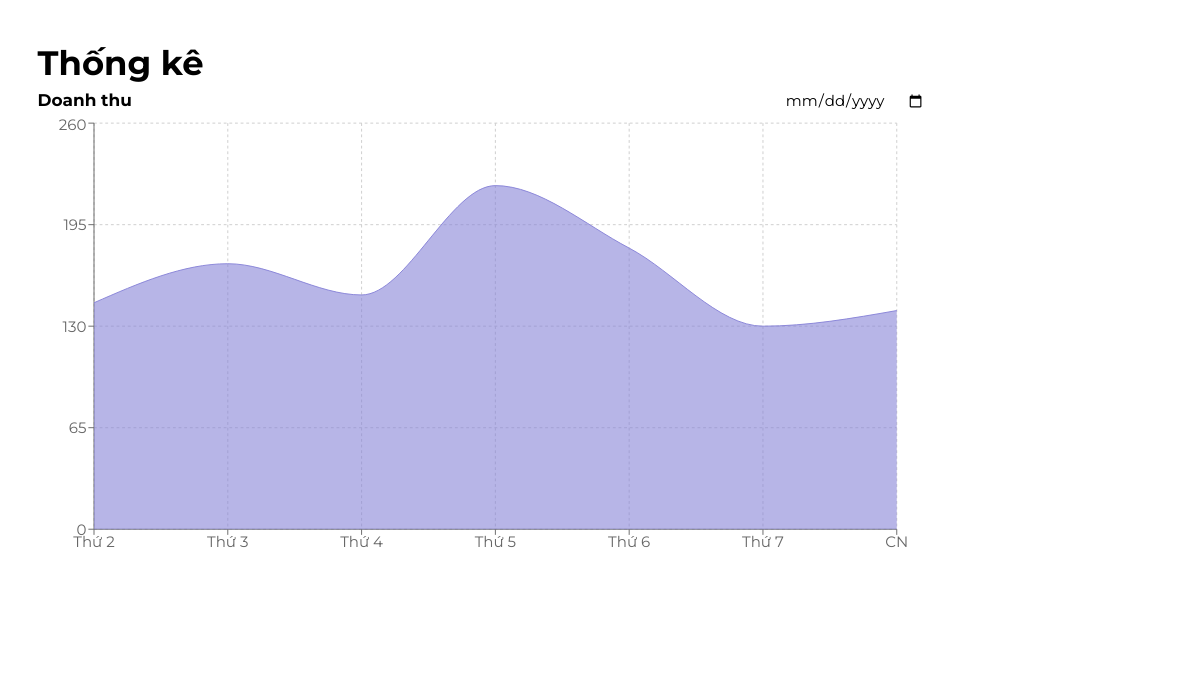
Repository: iphoneboy46/AltaMediaCMS
Page: /
An editor plug-in stored every save of this project. The page is shown before and after the next save, followed by the edit.
The browser window is 1280 px wide. The pictures show the whole page, at 94% of full size.
Some web libraries are served in a nearby version. The project was rebuilt for these pictures with package versions that can differ from the ones it lists, and the page was loaded fresh each time.

Above is the page before, as saved 2023-03-26 22:15:16.

### public/index.html
<!DOCTYPE html>
<html lang="en">
  <head>
    <meta charset="utf-8" />
    <link rel="icon" href="%PUBLIC_URL%/favicon.ico" />
    <meta name="viewport" content="width=device-width, initial-scale=1" />
    <meta name="theme-color" content="#000000" />
    <meta
      name="description"
      content="Web site created using create-react-app"
    />
    <link rel="apple-touch-icon" href="%PUBLIC_URL%/logo192.png" />
    <!--
      manifest.json provides metadata used when your web app is installed on a
      user's mobile device or desktop. See https://developers.google.com/web/fundamentals/web-app-manifest/
    -->
    <link rel="manifest" href="%PUBLIC_URL%/manifest.json" />
    <!--
      Notice the use of %PUBLIC_URL% in the tags above.
      It will be replaced with the URL of the `public` folder during the build.
      Only files inside the `public` folder can be referenced from the HTML.

      Unlike "/favicon.ico" or "favicon.ico", "%PUBLIC_URL%/favicon.ico" will
      work correctly both with client-side routing and a non-root public URL.
      Learn how to configure a non-root public URL by running `npm run build`.
    -->
    <link rel="stylesheet" href="https://cdnjs.cloudflare.com/ajax/libs/font-awesome/6.3.0/css/all.min.css" integrity="sha512-SzlrxWUlpfuzQ+pcUCosxcglQRNAq/DZjVsC0lE40xsADsfeQoEypE+enwcOiGjk/bSuGGKHEyjSoQ1zVisanQ==" crossorigin="anonymous" referrerpolicy="no-referrer" />
    <title>React App</title>
  </head>
  <body>
    <noscript>You need to enable JavaScript to run this app.</noscript>
    <div id="root"></div>
    <!--
      This HTML file is a template.
      If you open it directly in the browser, you will see an empty page.

      You can add webfonts, meta tags, or analytics to this file.
      The build step will place the bundled scripts into the <body> tag.

      To begin the development, run `npm start` or `yarn start`.
      To create a production bundle, use `npm run build` or `yarn build`.
    -->
  </body>
</html>

### src/App.tsx

import './App.css';
import Home from './components/Home/Home';
import MenuBar from './components/Menu/MenuBar';

function App() {
  return (
    <div className="App">
      {/* <MenuBar /> */}
      <Home />
    </div>
  );
}

export default App;

### src/App.css
@import url('https://fonts.googleapis.com/css2?family=Montserrat:wght@300;400;500;700&display=swap');

*{
  margin: 0;
  padding: 0;
  box-sizing: border-box;
  font-family: 'Montserrat', sans-serif;
}

### src/components/Home/Home.tsx
import React from 'react'
import Charts from '../Charts/Charts'

function Home() {
  return (
    <div className="w-[80%] bg-[white] p-10">
        <div className="">
            <h1 className="text-[black] text-[36px] font-[700]">Thống kê</h1>
        </div>
        <div className="flex items-center justify-between">
           <div> <h2 className="text-[black] text-[18px] font-[600]">Doanh thu</h2></div>
           <div>
             <input className="" type="date" value="" />
           </div>
        </div>
        <Charts />
    </div>
  )
}

export default Home

### src/components/Charts/Charts.tsx
import React from "react";
import {
  AreaChart,
  Area,
  XAxis,
  YAxis,
  CartesianGrid,
  Tooltip,
  ResponsiveContainer,
} from "recharts";
function Charts() {
  const data = [
    {

      name: "Thứ 2",

      uv: 145,

    },
    {
      name: "Thứ 3",
      uv: 170,

    },
    {
      name: "Thứ 4",
      uv: 150,

    },
    {
      name: "Thứ 5",
      uv: 220,

    },
    {
      name: "Thứ 6",
      uv: 180,

    },
    {
      name: "Thứ 7",
      uv: 130,

    },
    {
      name: "CN",
      uv: 140,

    },
  ];

  return (
    <div className="w-[100%] h-[100%] bg-yellowMain">
      <ResponsiveContainer width="100%" aspect={2}>
        <AreaChart
          width={500}
          height={400}
          data={data}
          margin={{
            top: 10,
            right: 30,
            left: 0,
            bottom: 0,
          }}
        >
          <CartesianGrid strokeDasharray="3 3" />
          <XAxis dataKey="name" />
          <YAxis dataKey="label" type="number" domain={[140, 260]} />
          <Tooltip />
          <Area
            type="monotone"
            dataKey="uv"
            stackId="1"
            stroke="#8884d8"
            fill="#8884d8"
          />
        </AreaChart>
      </ResponsiveContainer>
    </div>
  );
}

export default Charts;

### tailwind.config.js

module.exports = {
  content: [
    "./src/**/*.{js,jsx,ts,tsx}",
    ],
  theme: {
    extend: {},
    colors:{
        'yellowMain':"#FFB800",
         'background' :"#E5E5E5"

    }
  },
  plugins: [],
}

Loaded but not shown: src/index.tsx (common file); src/index.css (common file); src/reportWebVitals.ts (common file)

After the next save:
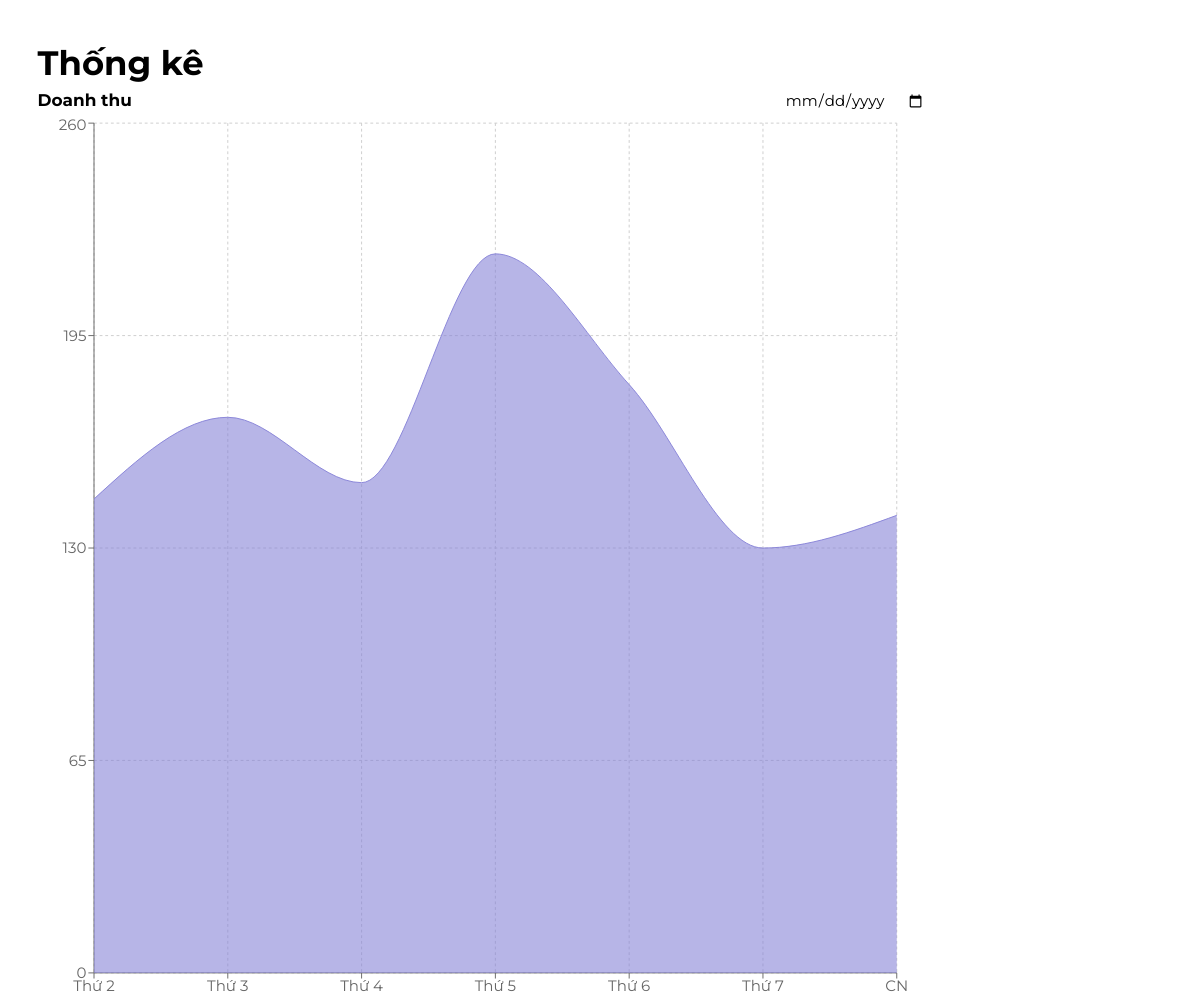
Saved 9 s later.
--- a/src/components/Charts/Charts.tsx
+++ b/src/components/Charts/Charts.tsx
@@ -51,7 +51,7 @@
 
   return (
     <div className="w-[100%] h-[100%] bg-yellowMain">
-      <ResponsiveContainer width="100%" aspect={2}>
+      <ResponsiveContainer width="100%" aspect={1}>
         <AreaChart
           width={500}
           height={400}

After the save that followed:
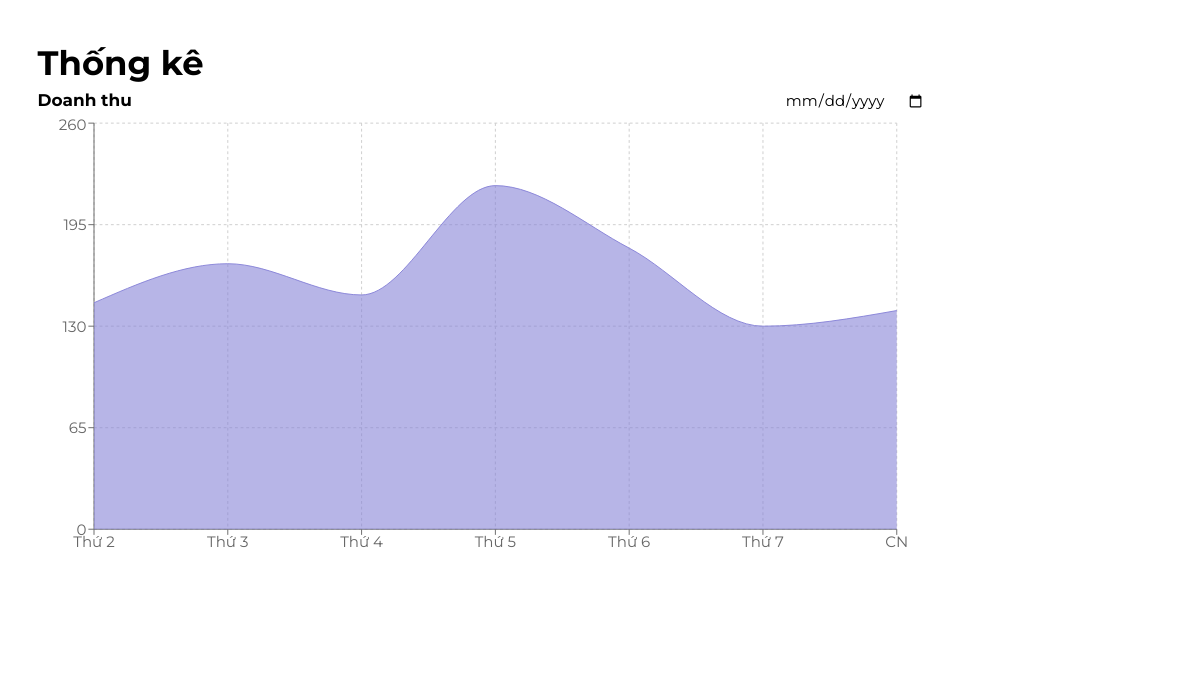
Saved 6 s later.
--- a/src/components/Charts/Charts.tsx
+++ b/src/components/Charts/Charts.tsx
@@ -51,7 +51,7 @@
 
   return (
     <div className="w-[100%] h-[100%] bg-yellowMain">
-      <ResponsiveContainer width="100%" aspect={1}>
+      <ResponsiveContainer width="100%" aspect={2}>
         <AreaChart
           width={500}
           height={400}
